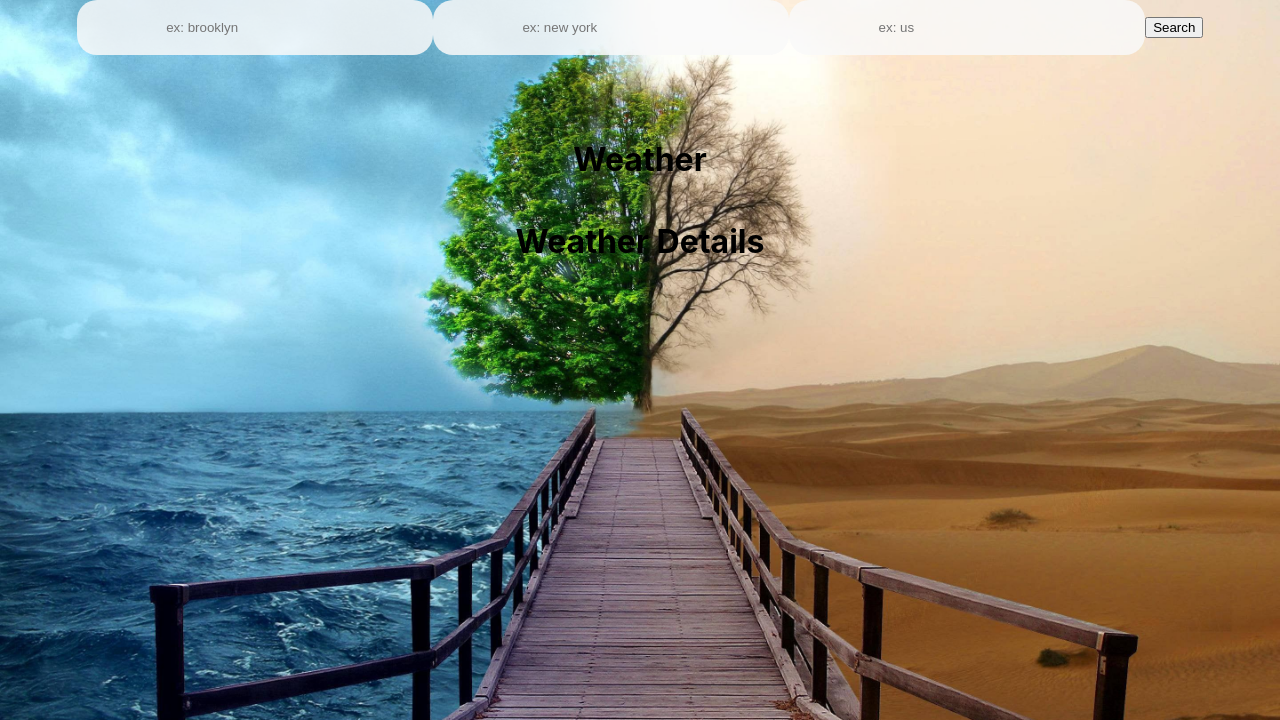
Repository: Mohsin231/Weather_App
Page: /
An editor plug-in stored every save of this project. The page is shown before and after the next save, followed by the edit.
The browser window is 1280 px wide. The pictures show the whole page.
The project was rebuilt for these pictures with package versions that can differ from the ones it lists, and the page was loaded fresh each time.

Above is the page before, as saved 2021-01-25 04:16:50.

### src/App.js
import React, { useState } from 'react'
import Weather from './Components/Weather'
import WeatherDetails from './Components/WeatherDetails'
import SearchForm from './Components/SearchForm'
import { Route } from 'react-router-dom';
import './App.css';


function App() {

  const [data, setData] = useState({
    city:"",
    state:"",
    country:""
  })

  const [weatherData, setWeatherData] = useState(null);

  const [weatherDetails, setWeatherDetails] = useState(null);



  function handleChange(event) {
    setData({...data, [event.target.id]:event.target.value})
    console.log(data)

    }



  return (
    <>

    <div className="App">
      <SearchForm
      handleChange={handleChange}
      data={data}
      setData={setData}
      setWeatherData={setWeatherData}
      setWeatherDetails={setWeatherDetails}
      />

<Route path="/" exact component={() => <Weather data={data} setData={setData} weatherData={weatherData}  />} />
<Route path="/" exact component={() => <WeatherDetails data={data} setData={setData} weatherDetails={weatherDetails} />} />




    </div>
    </>

  );
}

export default App;

### src/Components/Weather.js
import React, { useState, useEffect } from "react";
import WeatherDetails from "../Components/WeatherDetails";
import '../Weather.css';


const Weather = ({ data, setData, weatherData }) => {
  const [action, setAction] = useState("");

  return (
      <div className="main">
        <h1>Weather</h1>

        {weatherData &&
        (
          <div className="city-container">

            <div className="city">
            <h2 className="city-name">
              <span>{weatherData.name}, {weatherData.sys.country}</span>
            </h2>

            <div className="city-temp">
              {Math.round(weatherData.main.temp)}
              <sup>&deg;F</sup>
            </div>

            <div className="icon">
              <img className="city-icon" src={`https://openweathermap.org/img/wn/${weatherData.weather[0].icon}@2x.png`} alt={weatherData.weather[0].description} />
              <p>{weatherData.weather[0].description}</p>
            </div>
            </div>

            <button onClick = {() => {setAction("moreDetails")}} id="moreDetails">Show more details...</button>
            </div>


)
}
      {
        action === "moreDetails"
        &&
        <WeatherDetails/>
      }
      </div>

    );
}

export default Weather;
//extracts information



// {weatherData && (
//   <div className="city"
//   <h2 className="city">
//     <span>{weatherData.name}, {weatherData.sys.country}</span>
//   </h2>

// <div className="city-temp">
//   {Math.round(weatherData.main.temp)}
//   <sup>&deg;F</sup>
// </div>

// <div className="city-icon">
// <img className="weather-icon" src={`http://openweathermap.org/img/wn/${weatherData.weather[0].icon}@2x.png`} alt={weatherData.weather[0].description} />
// <p>{weatherData.weather[0].description}</p>
// </div>

// </div>

// )}

// </div>
// </>

### src/Components/WeatherDetails.js
import React, { useState, useEffect } from "react";
import '../WeatherDetails.css';

const WeatherDetails = ({data, setData, weatherDetails }) => {

  return (
    <div className="main">
      <h1>Weather Details</h1>

      {weatherDetails &&
      (
        <div className="moreInfo">
          <h2>Feels Like: {weatherDetails.main.feels_like}</h2>
          <h2>Min: {weatherDetails.main.temp_min}, Max:{weatherDetails.main.temp_max}</h2>
          <h2>Humidity: {weatherDetails.main.humidity}</h2>
          <h2>Wind Speed: {weatherDetails.wind.speed}</h2>
          </div>

)
}

    </div>

  );
}

export default WeatherDetails;
//displays details of weather

### src/Components/SearchForm.js
import React, {useEffect} from 'react';
import '../SearchForm.css';
//search


  // Destructure props object
  function SearchForm({handleChange, data, setData, setWeatherData, setWeatherDetails }) {


    const getData = () => {

      let url = `http://api.openweathermap.org/data/2.5/weather?q=${data.city},${data.state},${data.country}&units=imperial&appid=${process.env.REACT_APP_ONEDAY}`

    fetch(url)
      .then(res => res.json())
      .then(res => {
        console.log(res)
        setWeatherData(res);
        setWeatherDetails(res)
      })
      .catch(err => {
        console.error(err);
      });}

  function handleSubmit(event) {
    event.preventDefault();
    getData();
  }

    return (
      <form onSubmit={handleSubmit} className="searchForm">
        <input
          className="search"
          id="city"
          placeholder="ex: brooklyn"
          type="text"
          name="searchString"
          required
          onChange={handleChange}
          value={data.city}
        />
        <input
        className="search"
          id="state"
          placeholder="ex: new york"
          type="text"
          name="searchString"
          required
          onChange={handleChange}
          value={data.state}
        />
        <input
        className="search"
          id="country"
          placeholder="ex: us"
          type="text"
          name="searchString"
          required
          onChange={handleChange}
          value={data.country}
        />
        <button>Search</button>
      </form>
    );
  }
  export default SearchForm;

### src/App.css
.App {
  text-align: center;

}

body {
  background: url("./images/weatherBackground.jpg");
  background-size: cover;
  background-repeat: no-repeat;
}

### src/Weather.css

.main {
    height: 100%;
    display: flex;
    justify-content: center;
    align-items: center;
    flex-direction: column;
  }

  .city {
    padding: 40px, 40px, 60px, 60px;
    border-radius: 25px;
    background: rgba(235, 230, 230, 0.85);
}

#moreDetails {
    margin-top: 100px;
}

### src/WeatherDetails.css
.more-info {
    padding: 40px, 40px, 60px, 60px;
    border-radius: 25px;
    background: rgba(235, 230, 230, 0.85);

}
.main {
    height: 100%;
    display: flex;
    justify-content: center;
    align-items: center;
    flex-direction: column;
  }

### src/SearchForm.css
.search {
    outline: none;
    padding: 20px 7%;
    border-radius: 20px;
    border: none;
    margin-bottom: 5%;
    background: rgba(250, 250, 250, 0.85);
}

Loaded but not shown: public/index.html (common file); src/index.js (common file); src/index.css (common file); src/reportWebVitals.js (common file)

After the next save:
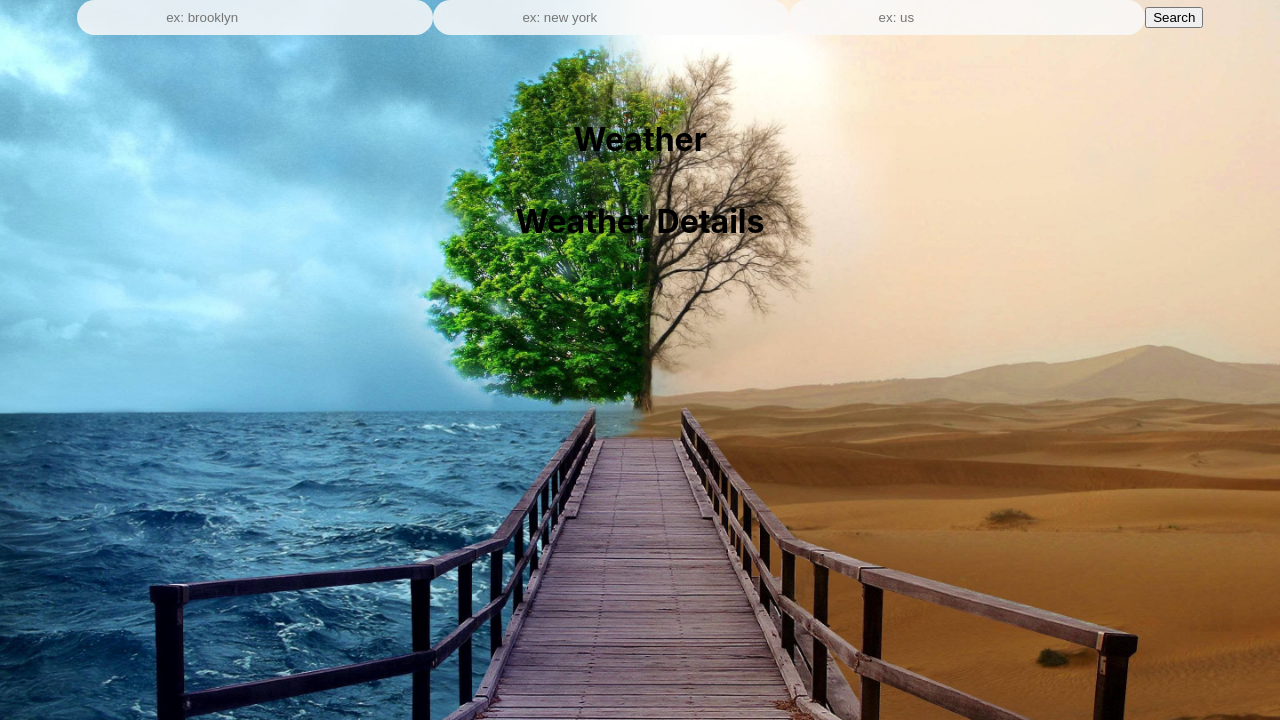
Saved 19 s later.
--- a/src/SearchForm.css
+++ b/src/SearchForm.css
@@ -1,6 +1,6 @@
 .search {
     outline: none;
-    padding: 20px 7%;
+    padding: 10px 7%;
     border-radius: 20px;
     border: none;
     margin-bottom: 5%;
